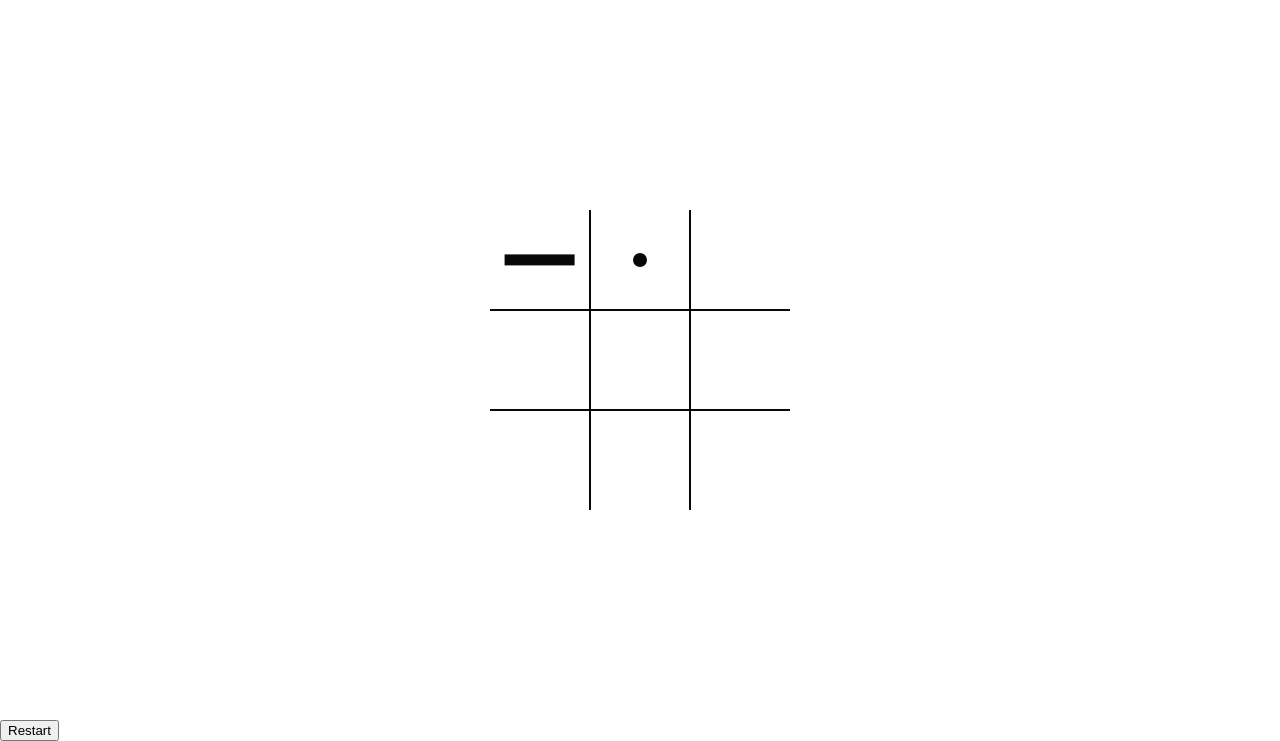
Repository: kkyler24/MCLA
Page: devFiles/TictactoeFiles/ticTacToe.html
The author's editor kept a copy of each file at every save. The page is drawn from the files as they stood at one save, then again after the next save.
The browser window is 1280 px wide. The pictures show the whole page.

Above is the page before, as saved 2020-04-17 13:40:24.

### devFiles/TictactoeFiles/ticTacToe.html
<!DOCTYPE html>
<html lang="en">

<head>
    <meta charset="UTF-8">
    <meta name="viewport" content="width=device-width, initial-scale=1.0">
    <link rel="stylesheet" type="text/css" href="tictactoe.css">
    <script src="tictactoe.js" defer></script>
    <title>Tic Tac Toe</title>
</head>

<body>
    <sectionOne>
        <!-- NavBar -->
        <!-- <nav class="navbar navbar-light bg-light">
            <!-- Image Logo -->
            <!-- <a class="navbar-brand" href="#">
                <img src="/docs/4.0/assets/brand/bootstrap-solid.svg" width="30" height="30"
                    class="d-inline-block align-top" alt="">
                Bootstrap -->
            <!-- </a> -->
        </nav>
    </sectionOne>
<sectionTwo>

<div class="BoardOne" id="BoardOne">
    <div class="cellBOne dash" data-cell></div>
    <div class="cellBOne circle" data-cell></div>
    <div class="cellBOne" data-cell></div>
    <div class="cellBOne" data-cell></div>
    <div class="cellBOne" data-cell></div>
    <div class="cellBOne" data-cell></div>
    <div class="cellBOne" data-cell></div>
    <div class="cellBOne" data-cell></div>
    <div class="cellBOne" data-cell></div>
</div>
<div class="winning-message-One" id="winningMessageOne">
    <div class="data-winning-message-text-One"></div>
    <button id="restartButtonOne">Restart</button>
</div>



</sectionTwo>











</body>

### devFiles/TictactoeFiles/tictactoe.css
*,*::after, *::before{
    box-sizing: border-box;
}
:root {
    --cell-size:100px;
    --mark-size:calc(var(--cell-size)*.7);
    /* this makes the preview marks 90% of the cell size it edits the width of your dot or dash */
}

body{
    margin:0;
}

.BoardOne{
    width: 100vw;
    height: 100vh;
    display: grid;
    justify-content: center;
    align-content: center;
    align-items: center;
    justify-items: center;
    grid-template-columns: repeat(3,auto);
    /* this resizes the grid and makes all the cells automatically evenly sized */
}
.cellBOne{
    width: var(--cell-size);
    height: var(--cell-size);
    border: 1px solid rgb(8, 8, 8);
    display: flex;
    justify-content: center;
    align-items: center;
    position: relative;
}
.cellBOne:first-child,
.cellBOne:nth-child(2),
.cellBOne:nth-child(3){
    border-top: none;
}

.cellBOne:nth-child(3n+1){
    border-left: none;
}

.cellBOne:nth-child(3n+3){
    border-right: none;
}

.cellBOne:last-child,
.cellBOne:nth-child(8),
.cellBOne:nth-child(7){
    border-bottom: none;
}

.cellBOne.dash::before{
    content: "";
    width: calc(var(--mark-size)*.16);
    /* controls the height of the dashes */
    transform: rotate(90deg);
    height: var(--mark-size);
    background-color: rgb(8, 8, 8);
    /* controls how the dashes look */
    position: relative;
}

.cellBOne.circle::after{
    content: "";
    position: absolute;
    width: calc(var(--mark-size)*.2);
    /* controls the height of the cricles */
    /* transform: rotate(90deg); */
    height: calc(var(--mark-size)*.2);
    background-color: rgb(8, 8, 8);
    /* controls how the dashes look */
    border-radius: 50%;

}

Loaded but not shown: devFiles/TictactoeFiles/tictactoe.js (no stored copy; drawn as an empty file)

After the next save:
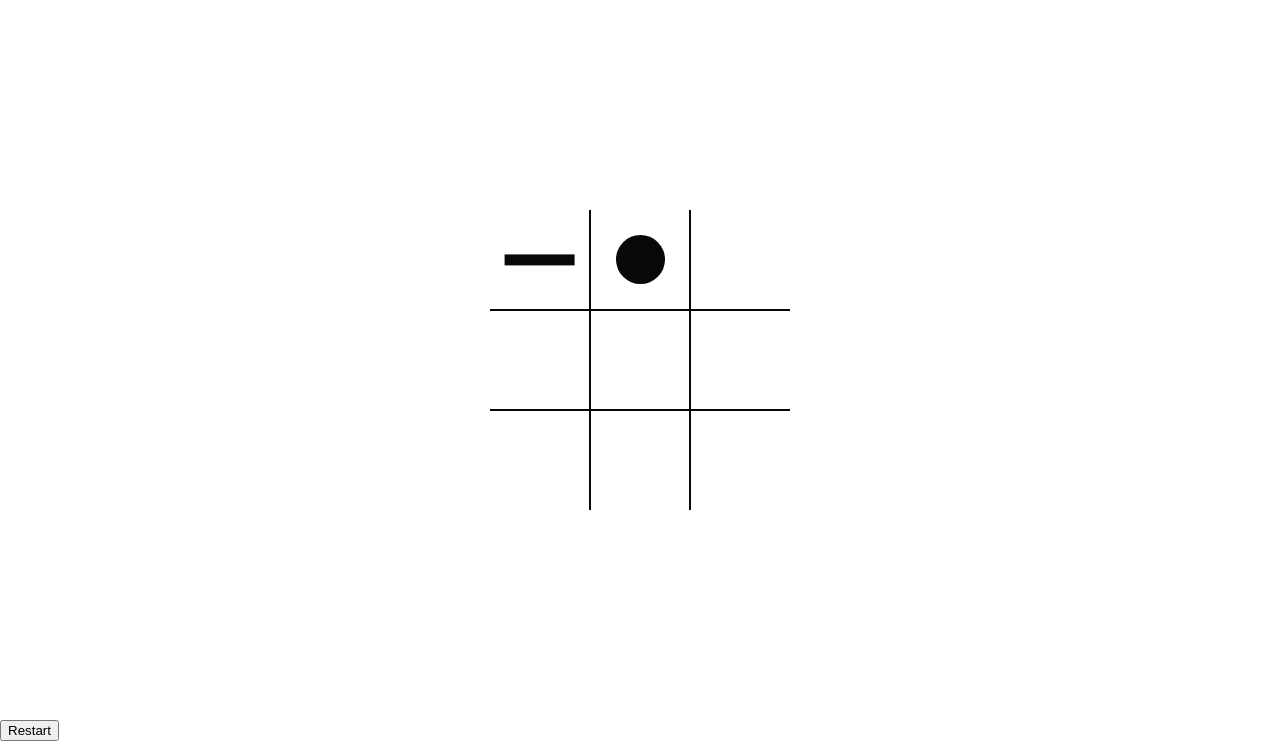
Saved 10 s later.
--- a/devFiles/TictactoeFiles/tictactoe.css
+++ b/devFiles/TictactoeFiles/tictactoe.css
@@ -65,10 +65,10 @@ body{
 .cellBOne.circle::after{
     content: "";
     position: absolute;
-    width: calc(var(--mark-size)*.2);
+    width: calc(var(--mark-size)*.7);
     /* controls the height of the cricles */
     /* transform: rotate(90deg); */
-    height: calc(var(--mark-size)*.2);
+    height: calc(var(--mark-size)*.7);
     background-color: rgb(8, 8, 8);
     /* controls how the dashes look */
     border-radius: 50%;
